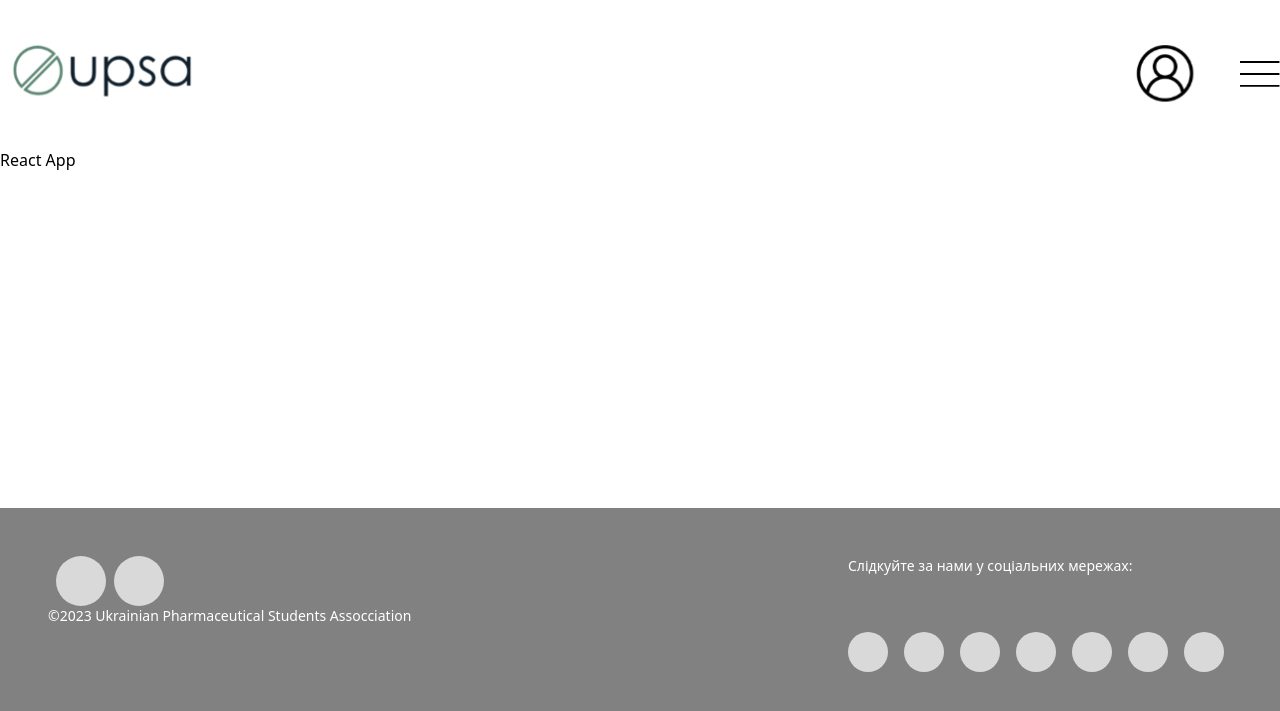
Repository: Alina-Khmilevska/UPSA-React
Page: /
The author's editor kept a copy of each file at every save. The page is drawn from the files as they stood at one save, then again after the next save.
The browser window is 1280 px wide. The pictures show the whole page.
The project was rebuilt for these pictures with package versions that can differ from the ones it lists, and the page was loaded fresh each time. Also part of the build but not shown: src/components/header/menu/burgermenu/Menu.css.

Above is the page before, as saved 2023-09-26 16:36:51.

After the next save:
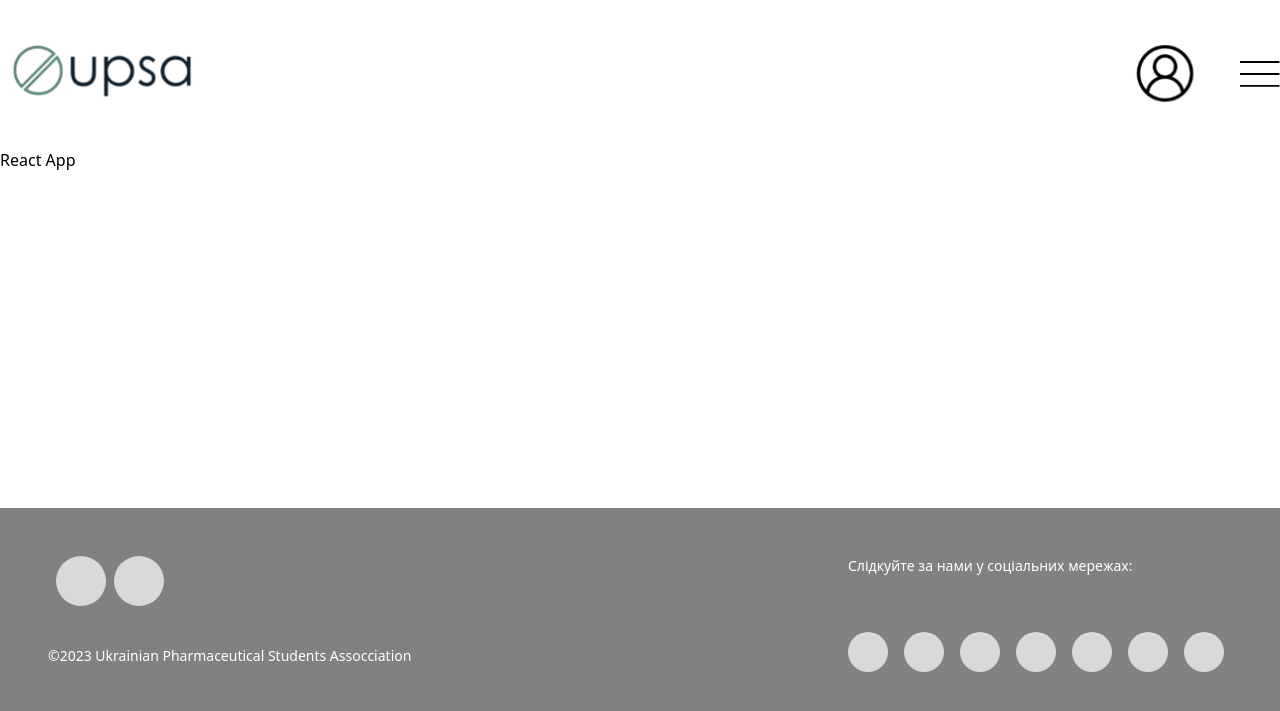
Saved 19 s later.
--- a/src/components/footer/Footer.jsx
+++ b/src/components/footer/Footer.jsx
@@ -9,7 +9,7 @@
                 <div className="flex flex-col justify-start">
                     <LanguageIcons />
 
-                    <p className="text-sm">
+                    <p className="text-sm mt-10">
                         &copy;{new Date().getFullYear()} Ukrainian Pharmaceutical Students Assocciation
                     </p>
                 </div>
